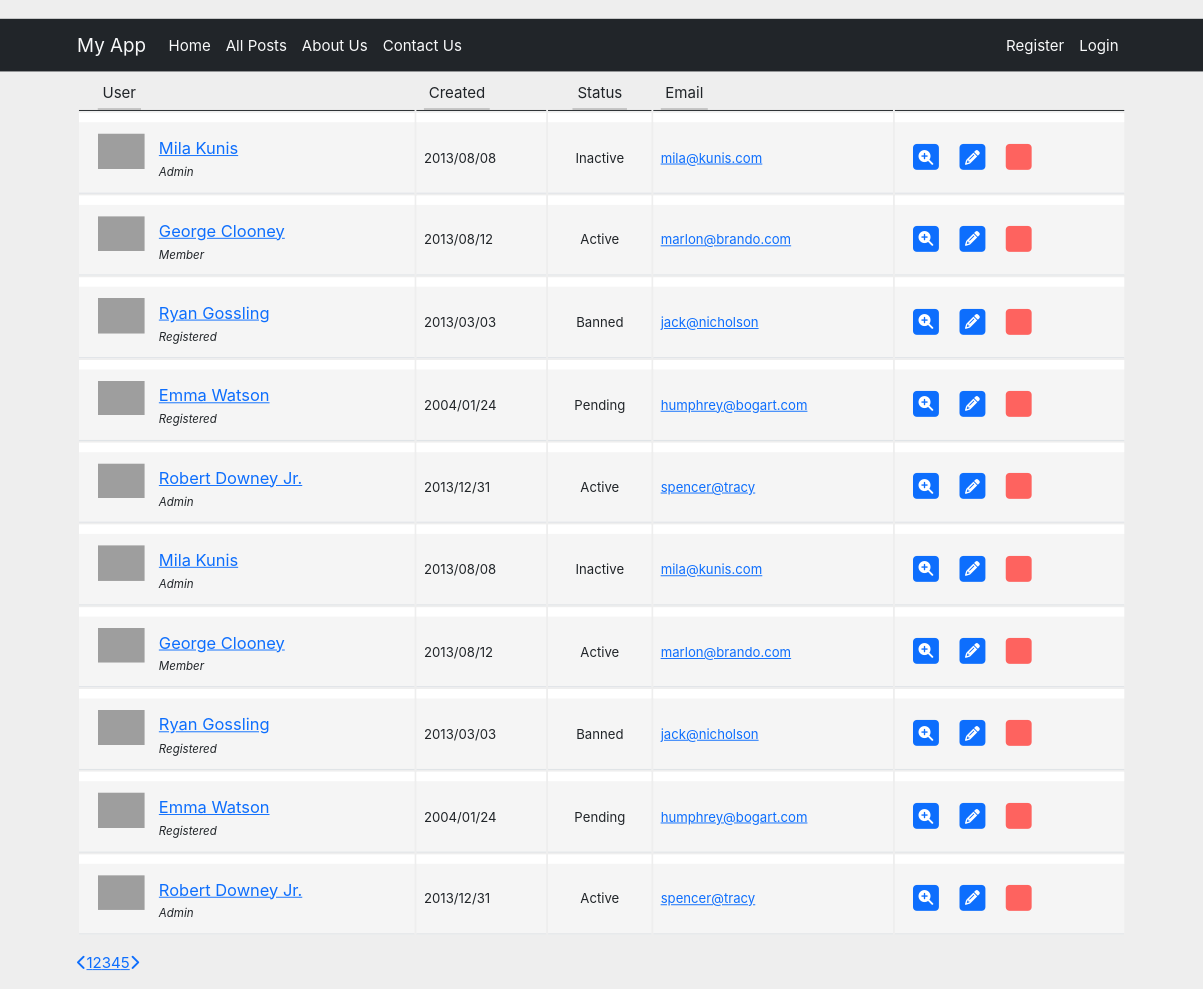
Repository: HiteshKumarMeghwar/react-redux-golang-mysql
Page: /all_posts (app in react-redux/)
These files come from the project's save history. The page is drawn as it stood at one moment and after the next save; the edit follows.
The browser window is 1280 px wide. The pictures show the whole page, at 94% of full size.
Pictures or frames that could not be fetched are drawn as grey boxes. Some icons come from a web library that is not loaded, so they are not drawn. Some web libraries are served in a nearby version. The project was rebuilt for these pictures with package versions that can differ from the ones it lists, and the page was loaded fresh each time. Also part of the build but not shown: react-redux/webpack.config.js, react-redux/src/App.css, react-redux/src/components/Login.js, react-redux/src/components/Register.js, react-redux/src/components/Dashboard.js, react-redux/src/components/AboutUs.js, react-redux/src/components/ContactUs.js, react-redux/src/components/MyPosts.js and 1 more.

Above is the page before, as saved 2023-03-16 12:27:38.

After the next save:
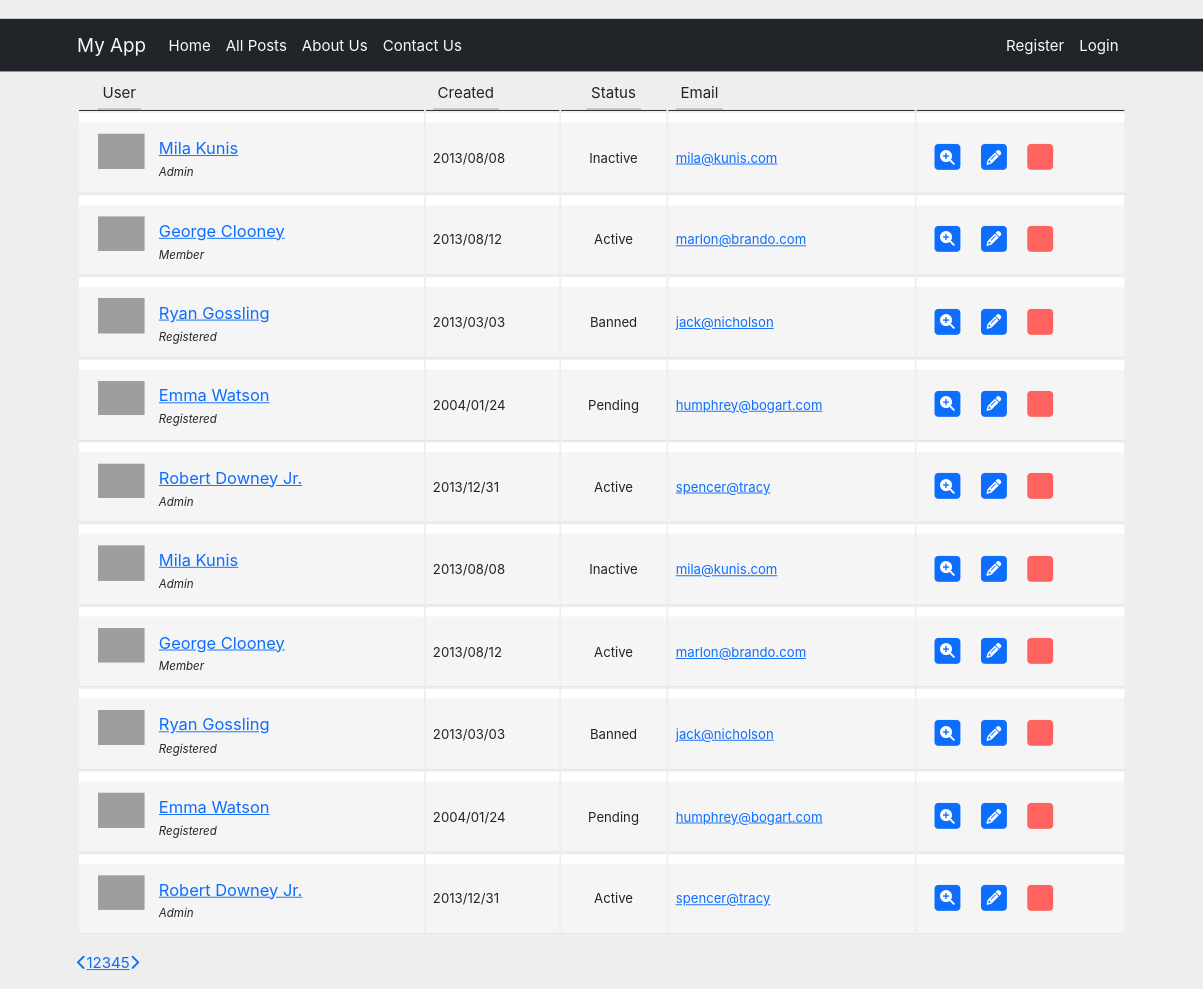
Saved 19 s later.
--- a/react-redux/src/components/AllPosts.js
+++ b/react-redux/src/components/AllPosts.js
@@ -35,7 +35,7 @@ const AllPosts = () => {
                       <td>
                         <a href="/">mila@kunis.com</a>
                       </td>
-                      <td>
+                      <td style={{width: '20%'}}>
                         <a href="/" class="table-link">
                           <span class="fa-stack">
                             <i class="fa fa-square fa-stack-2x"></i>
@@ -71,7 +71,7 @@ const AllPosts = () => {
                       <td>
                         <a href="/">marlon@brando.com</a>
                       </td>
-                      <td>
+                      <td style={{width: '20%'}}>
                         <a href="/" class="table-link">
                           <span class="fa-stack">
                             <i class="fa fa-square fa-stack-2x"></i>
@@ -107,7 +107,7 @@ const AllPosts = () => {
                       <td>
                         <a href="/">jack@nicholson</a>
                       </td>
-                      <td>
+                      <td style={{width: '20%'}}>
                         <a href="/" class="table-link">
                           <span class="fa-stack">
                             <i class="fa fa-square fa-stack-2x"></i>
@@ -143,7 +143,7 @@ const AllPosts = () => {
                       <td>
                         <a href="/">humphrey@bogart.com</a>
                       </td>
-                      <td>
+                      <td style={{width: '20%'}}>
                         <a href="/" class="table-link">
                           <span class="fa-stack">
                             <i class="fa fa-square fa-stack-2x"></i>
@@ -179,7 +179,7 @@ const AllPosts = () => {
                       <td>
                         <a href="/">spencer@tracy</a>
                       </td>
-                      <td>
+                      <td style={{width: '20%'}}>
                         <a href="/" class="table-link">
                           <span class="fa-stack">
                             <i class="fa fa-square fa-stack-2x"></i>
@@ -215,7 +215,7 @@ const AllPosts = () => {
                       <td>
                         <a href="/">mila@kunis.com</a>
                       </td>
-                      <td>
+                      <td style={{width: '20%'}}>
                         <a href="/" class="table-link">
                           <span class="fa-stack">
                             <i class="fa fa-square fa-stack-2x"></i>
@@ -251,7 +251,7 @@ const AllPosts = () => {
                       <td>
                         <a href="/">marlon@brando.com</a>
                       </td>
-                      <td>
+                      <td style={{width: '20%'}}>
                         <a href="/" class="table-link">
                           <span class="fa-stack">
                             <i class="fa fa-square fa-stack-2x"></i>
@@ -287,7 +287,7 @@ const AllPosts = () => {
                       <td>
                         <a href="/">jack@nicholson</a>
                       </td>
-                      <td>
+                      <td style={{width: '20%'}}>
                         <a href="/" class="table-link">
                           <span class="fa-stack">
                             <i class="fa fa-square fa-stack-2x"></i>
@@ -323,7 +323,7 @@ const AllPosts = () => {
                       <td>
                         <a href="/">humphrey@bogart.com</a>
                       </td>
-                      <td>
+                      <td style={{width: '20%'}}>
                         <a href="/" class="table-link">
                           <span class="fa-stack">
                             <i class="fa fa-square fa-stack-2x"></i>
@@ -359,7 +359,7 @@ const AllPosts = () => {
                       <td>
                         <a href="/">spencer@tracy</a>
                       </td>
-                      <td>
+                      <td style={{width: '20%'}}>
                         <a href="/" class="table-link">
                           <span class="fa-stack">
                             <i class="fa fa-square fa-stack-2x"></i>
